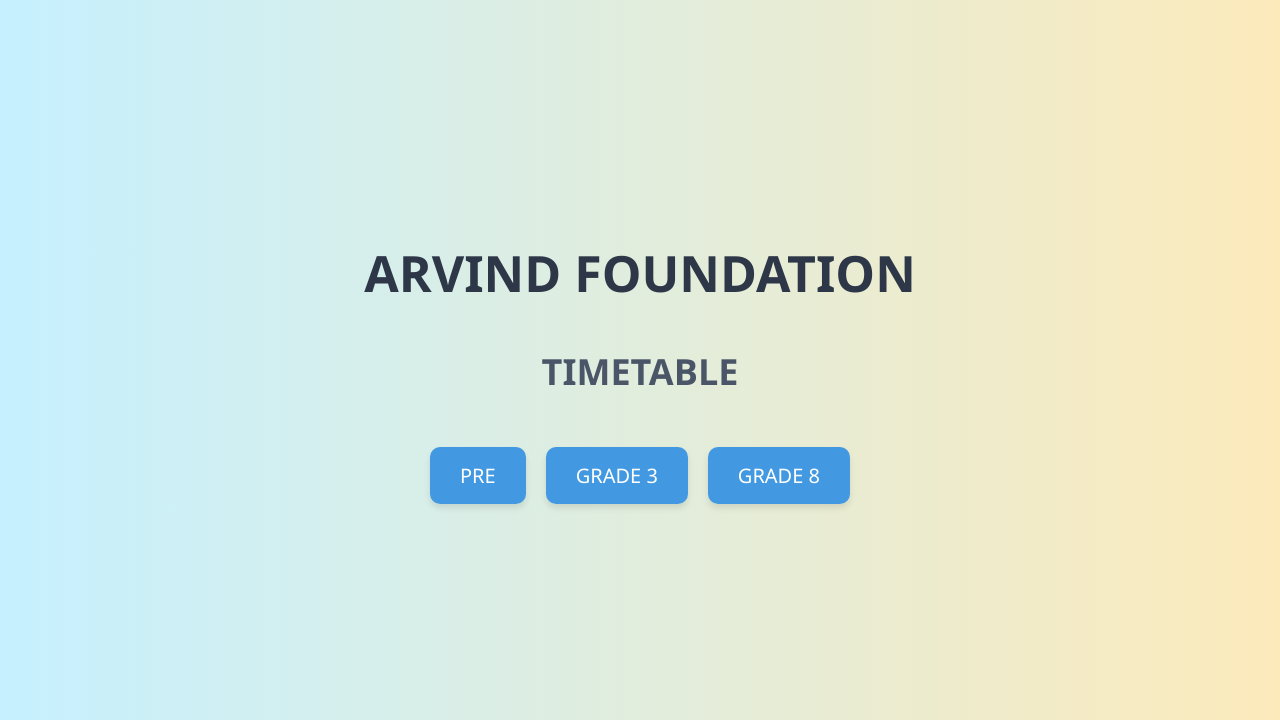
Repository: atchayasasikumar10/timetable-website
Page: http://localhost/
These files come from the project's save history. The page is drawn as it stood at one moment and after the next save; the edit follows.
The browser window is 1280 px wide. The pictures show the whole page.
The page is served by the project's application, run on Flask 3 (main.py).

Above is the page before, as saved 2025-06-27 18:39:52.

After the next save:
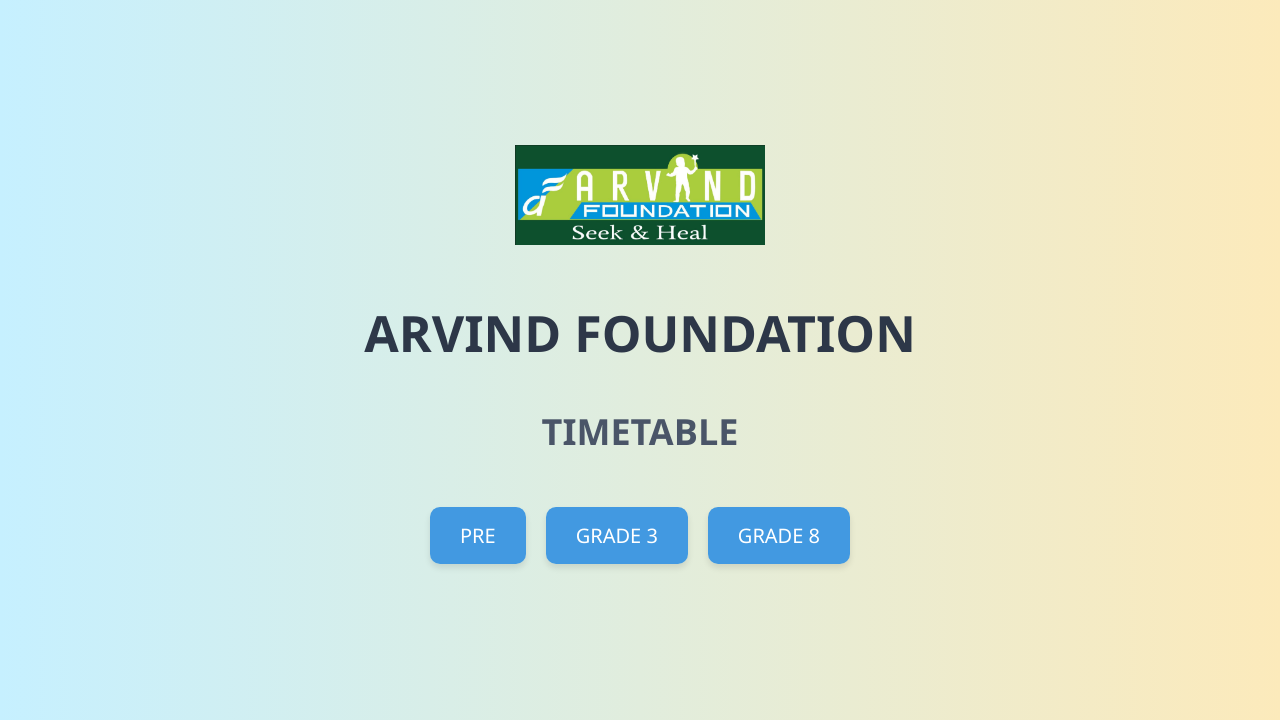
Saved 19 min 18 s later.
--- a/templates/index.html
+++ b/templates/index.html
@@ -12,6 +12,11 @@
             justify-content: center;
             height: 100vh;
             margin: 0;
+        }
+
+        .logo {
+            width: 250px;
+            margin-bottom: 20px;
         }
 
         h1 {
@@ -57,6 +62,9 @@
 </head>
 <body>
 
+    <!-- Logo Image -->
+    <img src="{{ url_for('static', filename='logo.png') }}" alt="Arvind Foundation Logo" class="logo">
+
     <h1>ARVIND FOUNDATION</h1>
     <h2>TIMETABLE</h2>
 
